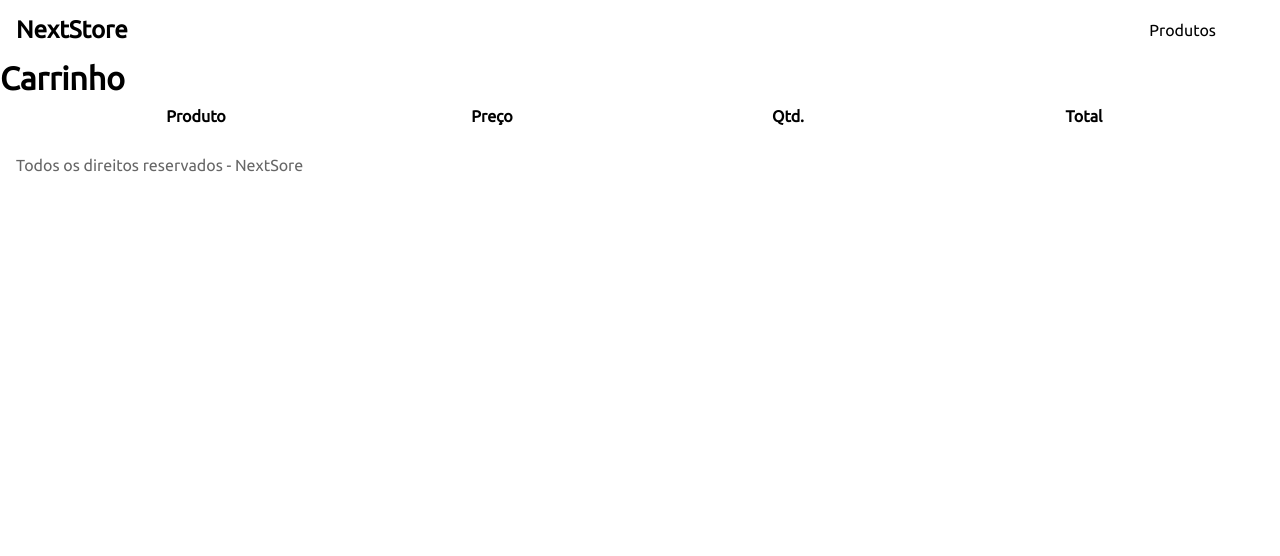
Repository: leonardoweiss/storeNext
Page: /cart
An editor plug-in stored every save of this project. The page is shown before and after the next save, followed by the edit.
The browser window is 1280 px wide. The pictures show the whole page.
The project was rebuilt for these pictures with package versions that can differ from the ones it lists, and the page was loaded fresh each time. The framework's server and built-in components were replaced by stand-ins that run in the browser. Also part of the build but not shown: next.config.js.

Above is the page before, as saved 2024-01-17 21:25:19.

### src/pages/_app.jsx
import '@/styles/globals.css'
import { CartContextProvider } from '@/hooks/useCart'

export default function App({ Component, pageProps }) {
  return (
    <CartContextProvider>
      <Component {...pageProps} />
    </CartContextProvider>
  )
}

### src/pages/_document.jsx
import Footer from '@/components/Footer'
import Header from '@/components/Header'
import { Html, Head, Main, NextScript } from 'next/document'

export default function Document() {
  return (
    <Html lang="pt-br">
      <Head>
        <title>NextStore</title>
        <meta name="description" content="Loja fictícia para projeto Next" />
        <meta name="viewport" content="width=device-width, initial-scale=1" />
        <link rel="icon" href="/favicon.ico" />
        <script src="https://kit.fontawesome.com/fcba8eb07f.js" crossorigin="anonymous"></script>
      </Head>
      <body>
        {/* <Header /> */}
        <Main />
        <NextScript />
        <Footer />
      </body>
    </Html>
  )
}

### src/pages/cart.jsx
import Header from "@/components/Header"
import { useCart } from "@/hooks/useCart"

function Cart() {

    const {cart} = useCart()

    return (
        <>
            <Header />
            <h1>Carrinho</h1>
            <div className="table-cart">
                <header>
                    <div>Produto</div>
                    <div>Preço</div>
                    <div>Qtd.</div>
                    <div>Total</div>
                </header>
                <section>
                    {cart.map(el => (
                        <ul>
                            <li>{el.name}</li>
                            <li>{el.price}</li>
                            <li>{el.inStock}</li>
                            <li>{"R$1000,00"}</li>
                        </ul>
                    ))}
                </section>
            </div>
        </>
    )
}

export default Cart

### src/hooks/useCart.jsx
const { createContext, useState, useContext, useEffect } = require("react");

const cartContext = createContext({})

export const CartContextProvider = (props) => {
    const [cart, setCart] = useState([])

    useEffect(() => {
        const storedCart = localStorage.getItem('shopping-cart')

        if (storedCart) {
          setCart(JSON.parse(storedCart))
        }
      }, [])

      const addProduct = (product) => {
        const updatedCart = [...cart, product]
        localStorage.setItem('shopping-cart', JSON.stringify(updatedCart))
        setCart(updatedCart)
        alert('oi')
      }

      const removeProduct = (productId) => {
        const productIndex = cart.findIndex(product => product.id === productId)

        if (productIndex !== -1) {
          const updatedCart = [...cart]
          updatedCart.splice(productIndex, 1)
          localStorage.setItem('shopping-cart', JSON.stringify(updatedCart))
          setCart(updatedCart)
        }
      }

      return (
        <cartContext.Provider value={{ cart, addProduct, removeProduct }}>
          {props.children}
        </cartContext.Provider>
      )
}

export const useCart = () => useContext(cartContext)

### src/components/Footer.jsx
const { default: Link } = require("next/link");

function Footer() {
    return(
        <>
            <footer>
                <p>Todos os direitos reservados - NextSore</p>
                <div>
                    <a href="https://www.instagram.com/leonardo.sw/"><i class="fa-brands fa-instagram"></i></a>
                    <a href="https://github.com/leonardoweiss"><i class="fa-brands fa-github"></i></a>
                    <a href="https://www.linkedin.com/in/leonardo-weiss-145aa1233/"><i class="fa-brands fa-linkedin"></i></a>
                </div>
            </footer>
        </>
    )
}

export default Footer

### src/components/Header.jsx
import Link from "next/link";

export default function Header() {
    return(
        <>
            <header className="header-main">
                <Link href="/"><h2>NextStore</h2></Link>
                <nav>
                    <Link href="/products">Produtos</Link>
                    <Link href="/cart"><i class="fa-solid fa-cart-shopping"></i></Link>
                </nav>
            </header>
        </>
    )
}

Loaded but not shown: src/styles/globals.css (common file)

After the next save:
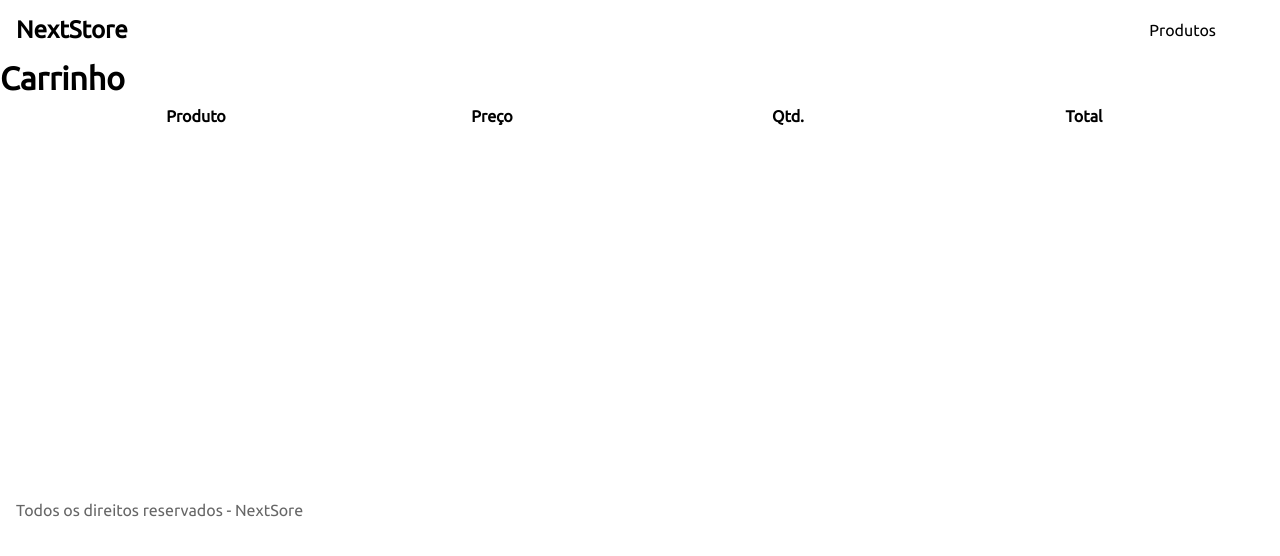
Saved 28 s later.
--- a/src/pages/cart.jsx
+++ b/src/pages/cart.jsx
@@ -16,7 +16,7 @@ function Cart() {
                     <div>Qtd.</div>
                     <div>Total</div>
                 </header>
-                <section>
+                <ul>
                     {cart.map(el => (
                         <ul>
                             <li>{el.name}</li>
@@ -25,7 +25,7 @@ function Cart() {
                             <li>{"R$1000,00"}</li>
                         </ul>
                     ))}
-                </section>
+                </ul>
             </div>
         </>
     )
